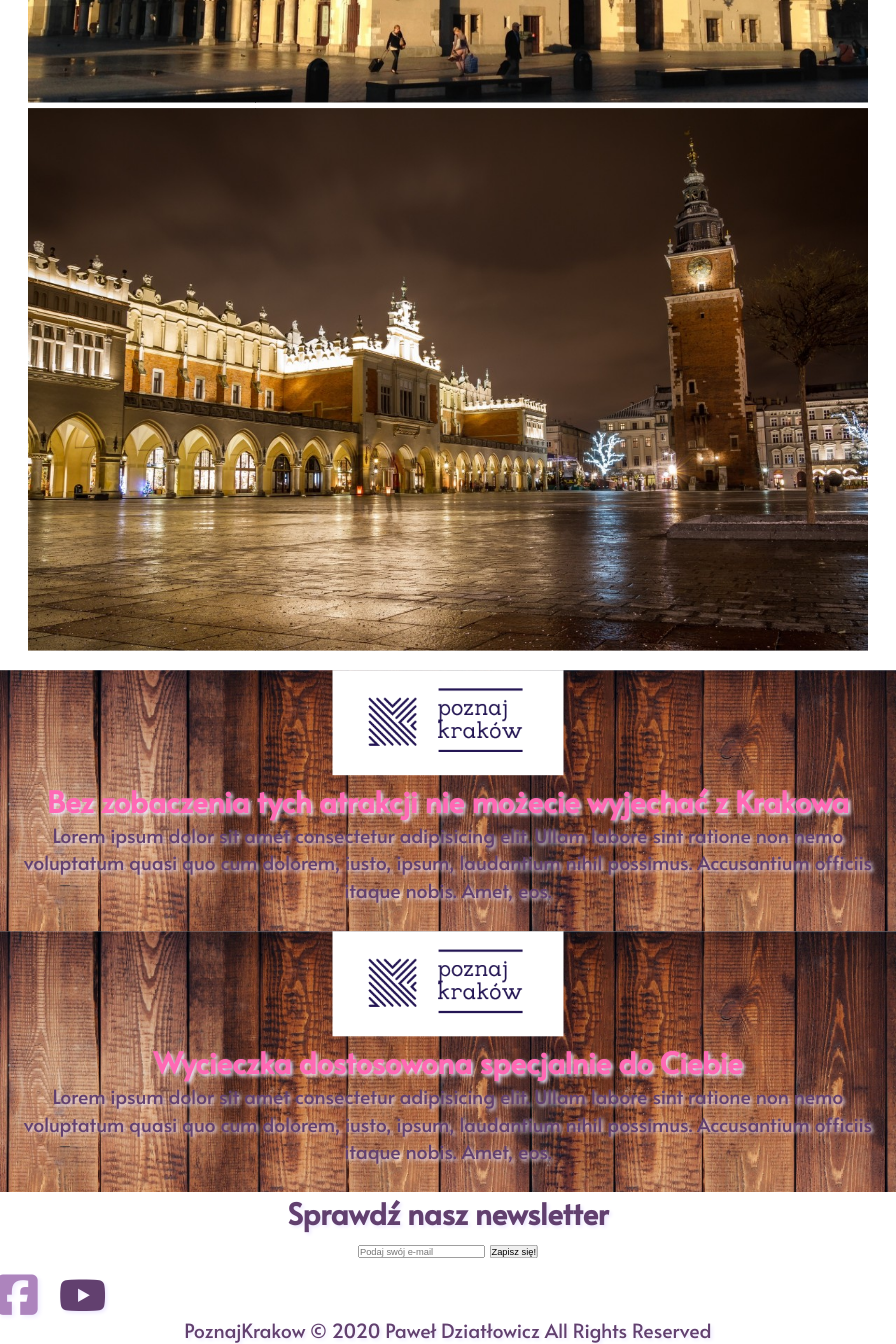
Repository: DZIALEK/projekt1
Page: projekt1.html
The author's editor kept a copy of each file at every save. The page is drawn from the files as they stood at one save, then again after the next save.
The browser window is 1280 px wide. The pictures show the part of the page from y = 2828 to 4748 px (the page is 4748 px tall), at 70% of full size.
The pointer rests on the first visible `.social-media i`.
Some icons come from a web library that is not loaded, so they are not drawn. A picture or video elsewhere on the page could not be fetched, so the positions and the page height are approximate. Some web libraries are served in a nearby version.

Above is the page before, as saved 2020-07-15 00:49:08.

After the next save:
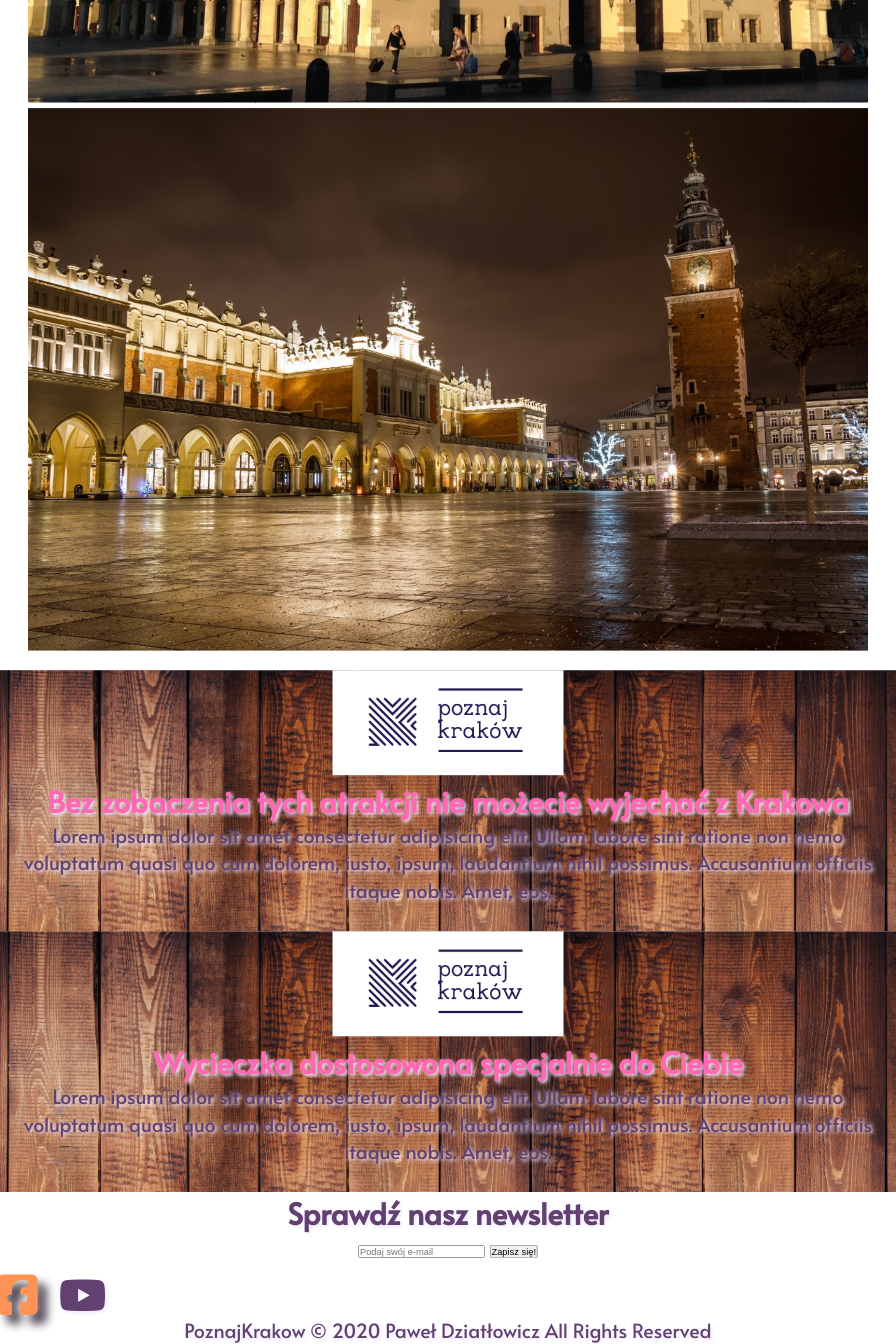
Saved 41 s later.
--- a/projekt1.css
+++ b/projekt1.css
@@ -180,9 +180,9 @@ nav a:hover {
 }
 
 .social-media i:hover {
-    color: #9966ad;
+    color: #ff792b;
     opacity: 0.8;
-    /* text-shadow: #271B2B 0.1em 0.1em 0.1em; */
+    text-shadow: #271B2B 0.2em 0.2em 0.2em;
     transform: scale(1.1,1.1);
     transition-duration: 250ms;
     transition-timing-function: ease-out;
